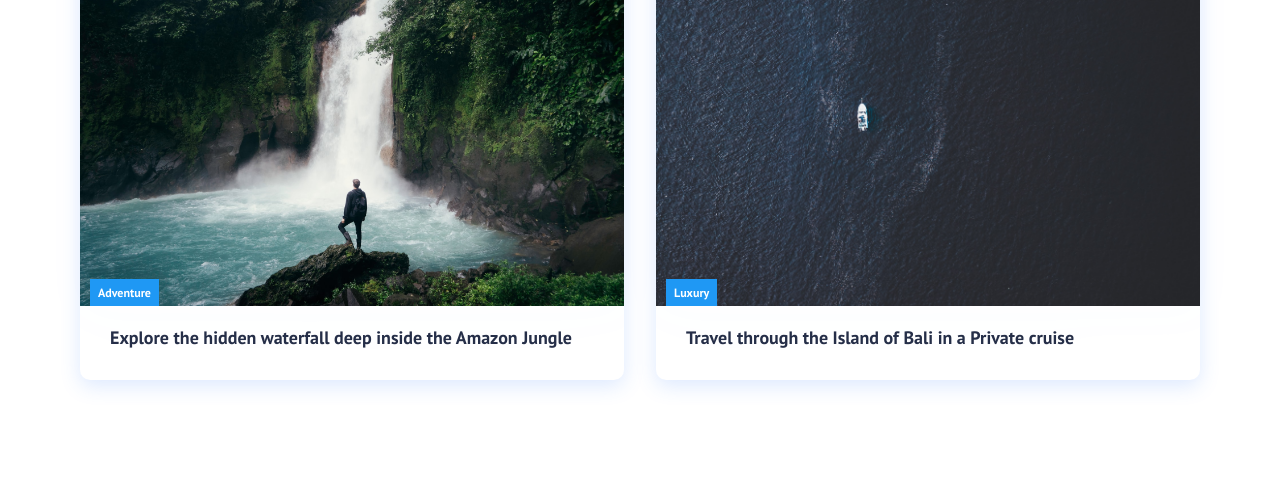
Repository: Yekta-Behzadi/site-with-react
Page: /
These files come from the project's save history. The page is drawn as it stood at one moment and after a run of saves; the edit follows.
The browser window is 1280 px wide. The pictures show the part of the page from y = 642 to 1594 px (the page is 1131 px tall before and 1594 px after).
Some web libraries are served in a nearby version. The project was rebuilt for these pictures with package versions that can differ from the ones it lists, and the page was loaded fresh each time.

Above is the page before, as saved 2020-12-28 14:41:14.

After the next 2 saves:
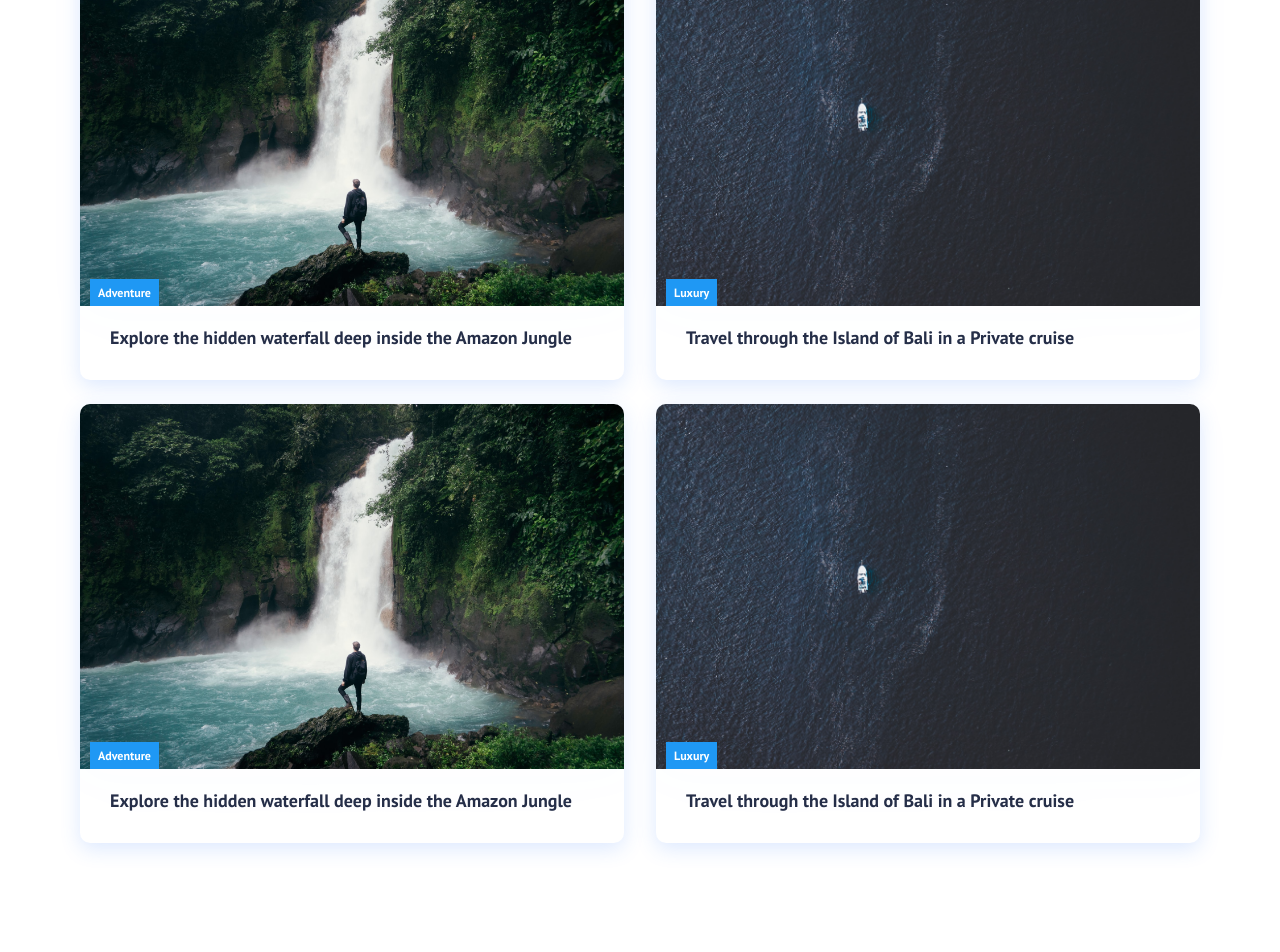
The 2 saves are shown as one change because they came seconds apart.
The last was saved 14 s later.
--- a/src/components/cards/Cards.js
+++ b/src/components/cards/Cards.js
@@ -19,6 +19,18 @@ function Cards() {
             label='Luxury'
             path='/services' />
           </ul>
+          <ul className="cards__items">
+            <CardItem
+            src='images/img-9.jpg'
+            text='Explore the hidden waterfall deep inside the Amazon Jungle'
+            label='Adventure'
+            path='/services' />
+            <CardItem
+            src='images/img-3.jpg'
+            text='Travel through the Island of Bali in a Private cruise'
+            label='Luxury'
+            path='/services' />
+          </ul>
         </div>
       </div>
     </div>
